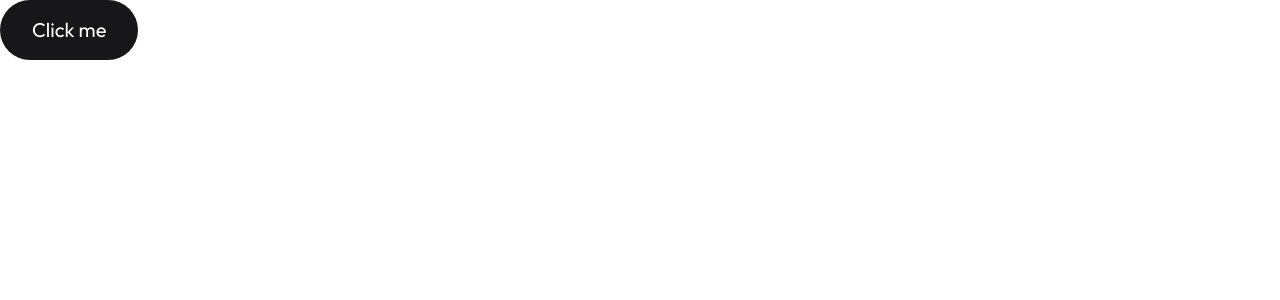
Repository: felixdusengimana/capstone-project-mirror
Page: /components (app in frontend/)
An editor plug-in stored every save of this project. The page is shown before and after the next save, followed by the edit.
The browser window is 1280 px wide. The pictures show the whole page.
The project was rebuilt for these pictures with package versions that can differ from the ones it lists, and the page was loaded fresh each time. The framework's server and built-in components were replaced by stand-ins that run in the browser. Also part of the build but not shown: frontend/next.config.mjs.

Above is the page before, as saved 2024-03-11 10:44:07.

### frontend/app/layout.tsx
import type { Metadata } from "next";
import { Righteous, Outfit } from "next/font/google";
import "./globals.css";

const outfit = Outfit({ subsets: ["latin"], variable: "--font-outfit" });
const righteous = Righteous({
  subsets: ["latin"],
  variable: "--font-righteous",
  weight: "400",
});

export const metadata: Metadata = {
  title: "Pesatone - Search and gift your favorite creators",
  description:
    "A place where fans show gratitude to the African content creators they love!",
};

export default function RootLayout({
  children,
}: Readonly<{
  children: React.ReactNode;
}>) {
  return (
    <html lang="en">
      <body className={`${outfit.variable} ${righteous.variable} font-sans`}>
        {children}
      </body>
    </html>
  );
}

### frontend/app/components/page.tsx
import Button from "@/components/atoms/Button";
import React from "react";

export default function page() {
  return (
    <div>
      <div>
        <Button variant="secondary">Click me</Button>
      </div>
    </div>
  );
}

### frontend/app/globals.css
@tailwind base;
@tailwind components;
@tailwind utilities;

:root {
  --bg: #171719;
  --bg-hover: #232326;
  --secondary-color: #17171A;
  --foreground-rgb: 0, 0, 0;
  --background-start-rgb: 214, 219, 220;
  --background-end-rgb: 255, 255, 255;
}

/* @media (prefers-color-scheme: dark) {
  :root {
    --foreground-rgb: 255, 255, 255;
    --background-start-rgb: 0, 0, 0;
    --background-end-rgb: 0, 0, 0;
  }
}

body {
  color: rgb(var(--foreground-rgb));
  background: linear-gradient(to bottom,
      transparent,
      rgb(var(--background-end-rgb))) rgb(var(--background-start-rgb));
}

@layer utilities {
  .text-balance {
    text-wrap: balance;
  }
} */

### frontend/components/atoms/Button.tsx
import { ComponentProps } from "react";

interface ButtonProps extends ComponentProps<"button"> {
  variant?: "dark" | "white" | "blurred" | "secondary";
  size?: "sm" | "md" | "lg";
  bordered?: boolean;
}

export default function Button({ ...props }: ButtonProps) {
  const { variant = "dark", size = "md", bordered = false } = props;

  const variantClasses = {
    dark: "bg-black text-white",
    white: "bg-white text-black",
    secondary: "bg-secondary text-white",
    blurred: "bg-blurred text-white",
  };

  const sizeClasses = {
    sm: "px-2 py-1",
    md: "px-8 py-4",
    lg: "px-6 py-3",
  };

  const borderClasses = bordered ? "border border-black" : "";

  return (
    <button
      {...props}
      className={`text-xl font-normal rounded-full ${variantClasses[variant]} ${sizeClasses[size]} ${borderClasses} ${props.className}`}
    >
      {props.children}
    </button>
  );
}

### frontend/tailwind.config.ts
import type { Config } from "tailwindcss";

const config: Config = {
  content: [
    "./pages/**/*.{js,ts,jsx,tsx,mdx}",
    "./components/**/*.{js,ts,jsx,tsx,mdx}",
    "./app/**/*.{js,ts,jsx,tsx,mdx}",
  ],
  theme: {
    extend: {
      // backgroundImage: {
      //   "gradient-radial": "radial-gradient(var(--tw-gradient-stops))",
      //   "gradient-conic":
      //     "conic-gradient(from 180deg at 50% 50%, var(--tw-gradient-stops))",
      // },
      fontFamily: {
        sans: ["var(--font-outfit)"],
        mono: ["var(--font-righteous)"],
      },
      colors: {
        secondary: "var(--secondary-color)",
      },
    },
  },
  plugins: [],
};
export default config;

After the next save:
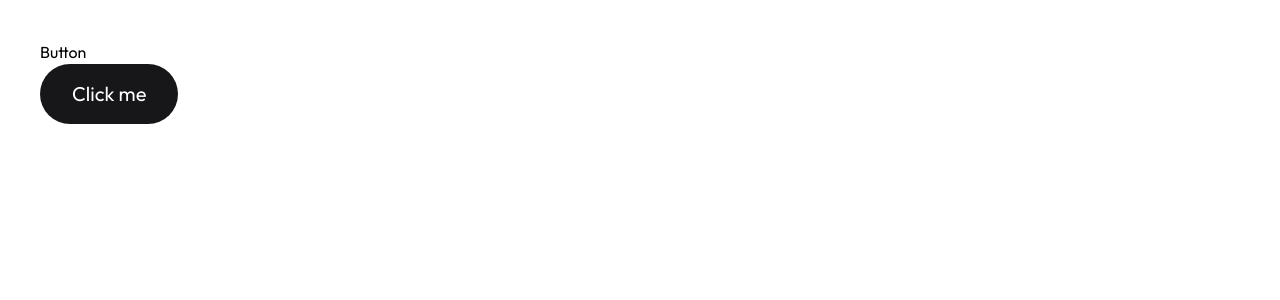
Saved 36 s later.
--- a/frontend/app/components/page.tsx
+++ b/frontend/app/components/page.tsx
@@ -3,10 +3,12 @@ import React from "react";
 
 export default function page() {
   return (
-    <div>
+    <div className="p-10">
       <div>
+        <h1>Button</h1>
         <Button variant="secondary">Click me</Button>
       </div>
+      <div></div>
     </div>
   );
 }
